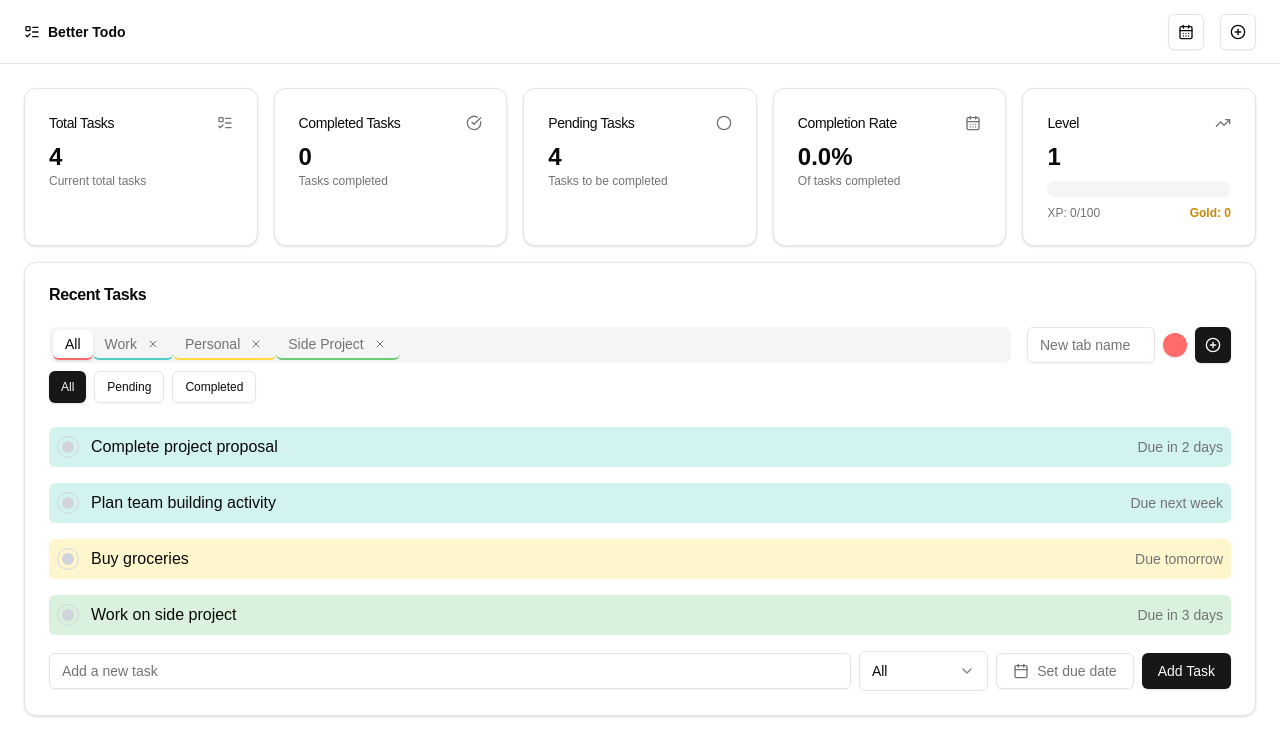
Repository: malikbarbier7/better-todo
Page: /dashboard
An editor plug-in stored every save of this project. The page is shown before and after the next save, followed by the edit.
The browser window is 1280 px wide. The pictures show the whole page.
The project was rebuilt for these pictures with package versions that can differ from the ones it lists, and the page was loaded fresh each time. The framework's server and built-in components were replaced by stand-ins that run in the browser. Also part of the build but not shown: next.config.js, next.config.mjs, components/ui/calendar.tsx.

Above is the page before, as saved 2024-10-04 14:21:04.

After the next save:
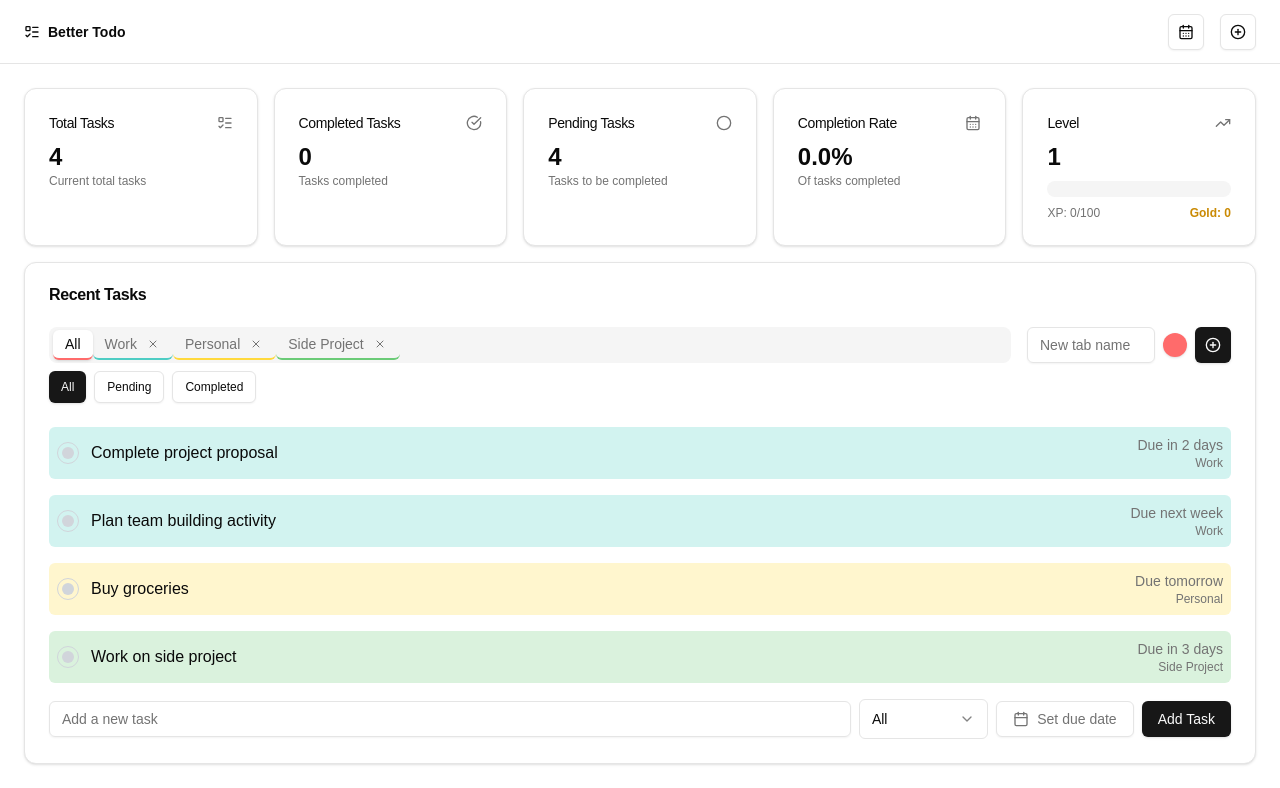
Saved 106 s later.
--- a/components/dashboard.tsx
+++ b/components/dashboard.tsx
@@ -406,10 +406,10 @@
                         {filteredTasks.map((task) => (
                           <div
                             key={task.id}
-                            className="flex items-center p-2 rounded-md" // Ajout de padding et arrondi
+                            className="flex items-center p-2 rounded-md"
                             style={{
                               backgroundColor: activeTab === 'All'
-                                ? tabs.find(tab => tab.name === task.category)?.color + '40' // Ajout de transparence
+                                ? tabs.find(tab => tab.name === task.category)?.color + '40'
                                 : 'transparent'
                             }}
                           >
@@ -433,7 +433,10 @@
                             <span className={`ml-3 flex-1 ${task.status === 'completed' ? 'line-through' : ''}`}>
                               {task.name}
                             </span>
-                            <span className="text-sm text-muted-foreground">{task.dueDate}</span>
+                            <div className="flex flex-col items-end">
+                              <span className="text-sm text-muted-foreground">{task.dueDate}</span>
+                              <span className="text-xs text-muted-foreground">{task.category}</span>
+                            </div>
                           </div>
                         ))}
                       </div>

After the save that followed:
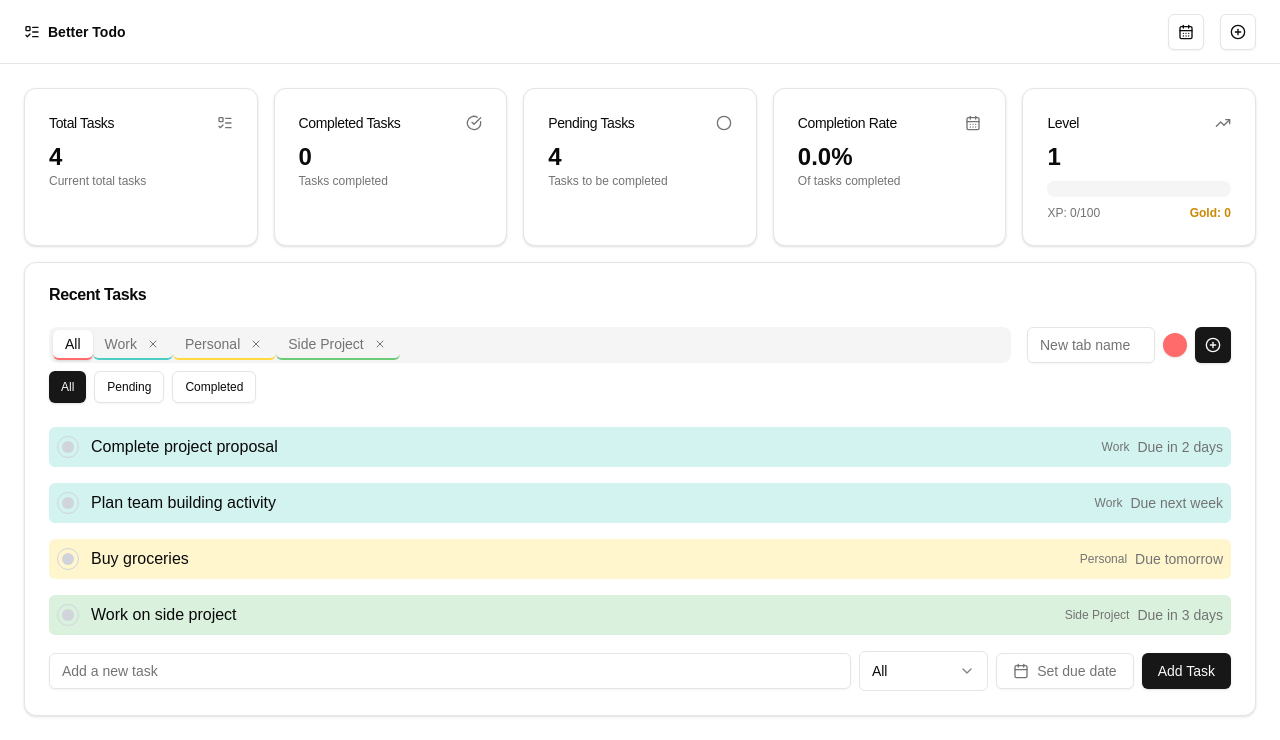
Saved 86 s later.
--- a/components/dashboard.tsx
+++ b/components/dashboard.tsx
@@ -433,9 +433,9 @@
                             <span className={`ml-3 flex-1 ${task.status === 'completed' ? 'line-through' : ''}`}>
                               {task.name}
                             </span>
-                            <div className="flex flex-col items-end">
+                            <div className="flex items-center space-x-2">
+                              <span className="text-xs text-muted-foreground">{task.category}</span>
                               <span className="text-sm text-muted-foreground">{task.dueDate}</span>
-                              <span className="text-xs text-muted-foreground">{task.category}</span>
                             </div>
                           </div>
                         ))}
